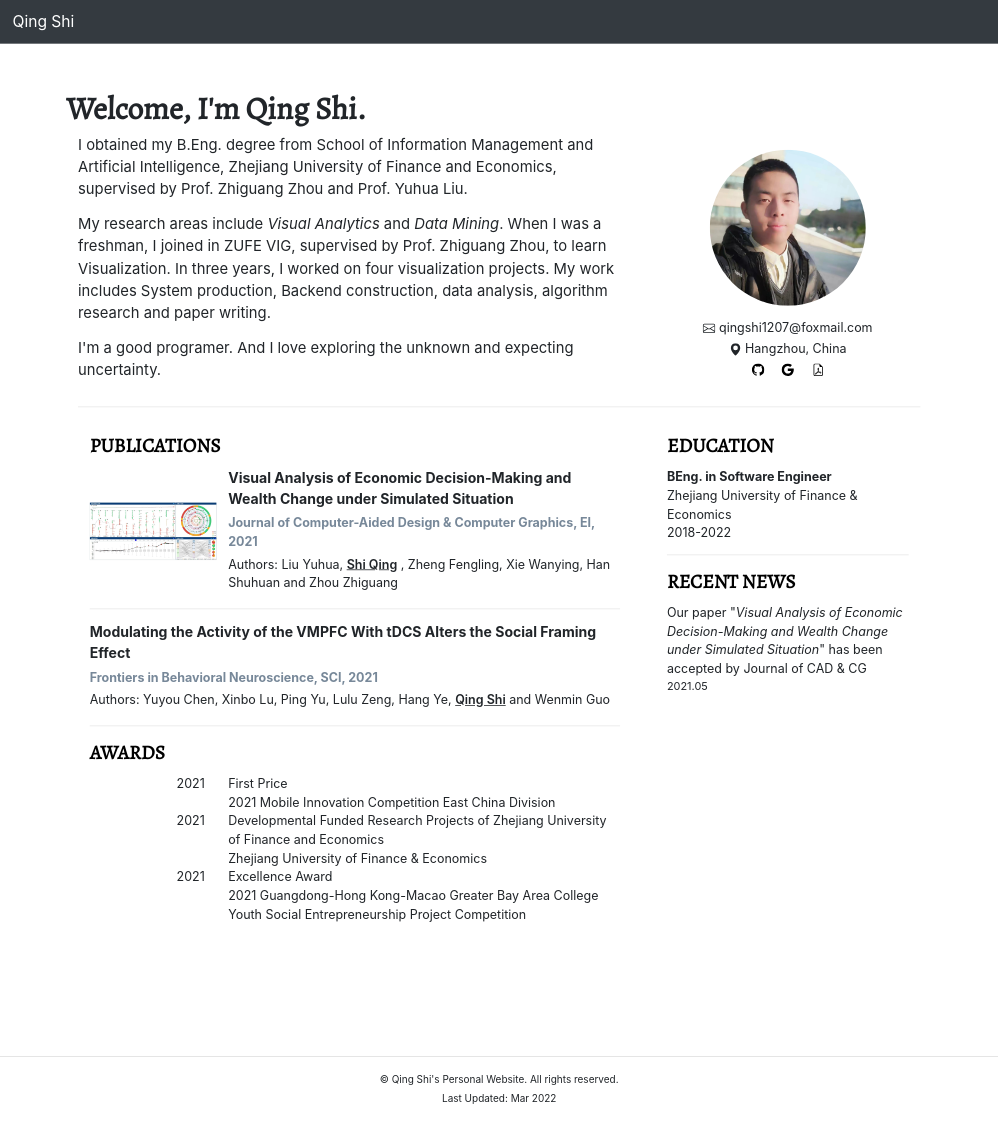
Repository: sqsssq/webpage
Page: index.html
These files come from the project's save history. The page is drawn as it stood at one moment and after the next save; the edit follows.
The browser window is 1280 px wide. The pictures show the whole page, at 78% of full size.
Some web libraries are served in a nearby version.

Above is the page before, as saved 2022-03-28 15:51:00.

### index.html
<!--
 * @Author: Qing Shi
 * @LastEditTime: 2022-03-28 15:51:00
 * @Knowledge:
 * @Description: my homepage
 * @Attention:
-->
<!doctype html>
<html lang="zh-CN">

<head>
    <!-- 必须的 meta 标签 -->
    <meta charset="utf-8">
    <meta name="viewport" content="width=device-width, initial-scale=1, shrink-to-fit=no">
    <title>Qing Shi</title>

    <!-- 新 Bootstrap4 核心 CSS 文件 -->
    <link rel="stylesheet" href="https://cdn.staticfile.org/twitter-bootstrap/4.3.1/css/bootstrap.min.css">

    <!-- jQuery文件。务必在bootstrap.min.js 之前引入 -->
    <script src="https://cdn.staticfile.org/jquery/3.2.1/jquery.min.js"></script>

    <!-- bootstrap.bundle.min.js 用于弹窗、提示、下拉菜单，包含了 popper.min.js -->
    <script src="https://cdn.staticfile.org/popper.js/1.15.0/umd/popper.min.js"></script>

    <!-- 最新的 Bootstrap4 核心 JavaScript 文件 -->
    <script src="https://cdn.staticfile.org/twitter-bootstrap/4.3.1/js/bootstrap.min.js"></script>

    <link rel="stylesheet" href="css/index.css">
    <link rel="shortcut icon" href="icon/bitbug_favicon.ico" />
</head>

<body>

    <nav class="navbar  navbar-dark bg-dark">
        <a class="navbar-brand" href="#">
            Qing Shi
        </a>

        <!-- <button type="button" class="btn btn-outline-primary">中/EN</button> -->
    </nav>

    <div class="container framework">
        <!-- Image and text -->
        <div class="webHeader row">
            <h1 id="ToptitleFont">Welcome, I'm Qing Shi.</h1>
            <!-- <br> -->
            <!-- <hr> -->
            <div class="webIntroduction col-lg-8">
                <p class="intro">I obtained my B.Eng. degree from School of Information Management and Artificial
                    Intelligence, Zhejiang University of Finance and Economics, supervised by Prof. Zhiguang Zhou and
                    Prof. Yuhua Liu.</p>
                <p class="intro">My research areas include <span style="font-style: italic">Visual Analytics</span> and
                    <span style="font-style: italic">Data Mining</span>. When I was a freshman, I joined in ZUFE VIG,
                    supervised by Prof. Zhiguang Zhou, to learn Visualization. In three years, I worked on four
                    visualization projects. My work includes System production, Backend construction, data analysis,
                    algorithm research and paper writing.</p>
                <p class="intro">I'm a good programer. And I love exploring the unknown and expecting uncertainty.</p>
            </div>

            <div class="webPhoto col-lg-4">
                <img src="figure/sq3.jpg">
                <div class="info">
                    <!-- <svg class="svg-inline--fa fa-envelope-square fa-w-14 fa-fw fa-lg mr-2" aria-hidden="true" focusable="false" data-prefix="fas" data-icon="envelope-square" role="img" xmlns="http://www.w3.org/2000/svg" viewBox="0 0 448 512" data-fa-i2svg=""><path fill="currentColor" d="M400 32H48C21.49 32 0 53.49 0 80v352c0 26.51 21.49 48 48 48h352c26.51 0 48-21.49 48-48V80c0-26.51-21.49-48-48-48zM178.117 262.104C87.429 196.287 88.353 196.121 64 177.167V152c0-13.255 10.745-24 24-24h272c13.255 0 24 10.745 24 24v25.167c-24.371 18.969-23.434 19.124-114.117 84.938-10.5 7.655-31.392 26.12-45.883 25.894-14.503.218-35.367-18.227-45.883-25.895zM384 217.775V360c0 13.255-10.745 24-24 24H88c-13.255 0-24-10.745-24-24V217.775c13.958 10.794 33.329 25.236 95.303 70.214 14.162 10.341 37.975 32.145 64.694 32.01 26.887.134 51.037-22.041 64.72-32.025 61.958-44.965 81.325-59.406 95.283-70.199z"></path></svg> -->
                    <svg xmlns="http://www.w3.org/2000/svg" width="16" height="16" fill="currentColor"
                        class="bi bi-envelope" viewBox="0 0 16 16">
                        <path
                            d="M0 4a2 2 0 0 1 2-2h12a2 2 0 0 1 2 2v8a2 2 0 0 1-2 2H2a2 2 0 0 1-2-2V4Zm2-1a1 1 0 0 0-1 1v.217l7 4.2 7-4.2V4a1 1 0 0 0-1-1H2Zm13 2.383-4.708 2.825L15 11.105V5.383Zm-.034 6.876-5.64-3.471L8 9.583l-1.326-.795-5.64 3.47A1 1 0 0 0 2 13h12a1 1 0 0 0 .966-.741ZM1 11.105l4.708-2.897L1 5.383v5.722Z" />
                    </svg>
                    qingshi1207@foxmail.com
                    <br>
                    <svg xmlns="http://www.w3.org/2000/svg" width="16" height="16" fill="currentColor"
                        class="bi bi-geo-alt-fill" viewBox="0 0 16 16">
                        <path
                            d="M8 16s6-5.686 6-10A6 6 0 0 0 2 6c0 4.314 6 10 6 10zm0-7a3 3 0 1 1 0-6 3 3 0 0 1 0 6z" />
                    </svg>
                    Hangzhou, China
                    <br>
                    <a href="https://github.com/sqsssq">
                        <svg xmlns="http://www.w3.org/2000/svg" width="16" height="16" fill="black" class="bi bi-github"
                            viewBox="0 0 16 16">
                            <path
                                d="M8 0C3.58 0 0 3.58 0 8c0 3.54 2.29 6.53 5.47 7.59.4.07.55-.17.55-.38 0-.19-.01-.82-.01-1.49-2.01.37-2.53-.49-2.69-.94-.09-.23-.48-.94-.82-1.13-.28-.15-.68-.52-.01-.53.63-.01 1.08.58 1.23.82.72 1.21 1.87.87 2.33.66.07-.52.28-.87.51-1.07-1.78-.2-3.64-.89-3.64-3.95 0-.87.31-1.59.82-2.15-.08-.2-.36-1.02.08-2.12 0 0 .67-.21 2.2.82.64-.18 1.32-.27 2-.27.68 0 1.36.09 2 .27 1.53-1.04 2.2-.82 2.2-.82.44 1.1.16 1.92.08 2.12.51.56.82 1.27.82 2.15 0 3.07-1.87 3.75-3.65 3.95.29.25.54.73.54 1.48 0 1.07-.01 1.93-.01 2.2 0 .21.15.46.55.38A8.012 8.012 0 0 0 16 8c0-4.42-3.58-8-8-8z" />
                        </svg>
                    </a>
                    &nbsp;&nbsp;&nbsp;
                    <a href="">
                        <svg xmlns="http://www.w3.org/2000/svg" width="16" height="16" fill="black" class="bi bi-google"
                            viewBox="0 0 16 16">
                            <path
                                d="M15.545 6.558a9.42 9.42 0 0 1 .139 1.626c0 2.434-.87 4.492-2.384 5.885h.002C11.978 15.292 10.158 16 8 16A8 8 0 1 1 8 0a7.689 7.689 0 0 1 5.352 2.082l-2.284 2.284A4.347 4.347 0 0 0 8 3.166c-2.087 0-3.86 1.408-4.492 3.304a4.792 4.792 0 0 0 0 3.063h.003c.635 1.893 2.405 3.301 4.492 3.301 1.078 0 2.004-.276 2.722-.764h-.003a3.702 3.702 0 0 0 1.599-2.431H8v-3.08h7.545z" />
                        </svg>
                    </a>
                    &nbsp;&nbsp;&nbsp;
                    <a href="file/resume.pdf">
                        <svg xmlns="http://www.w3.org/2000/svg" width="16" height="16" fill="black"
                            class="bi bi-file-earmark-pdf" viewBox="0 0 16 16">
                            <path
                                d="M14 14V4.5L9.5 0H4a2 2 0 0 0-2 2v12a2 2 0 0 0 2 2h8a2 2 0 0 0 2-2zM9.5 3A1.5 1.5 0 0 0 11 4.5h2V14a1 1 0 0 1-1 1H4a1 1 0 0 1-1-1V2a1 1 0 0 1 1-1h5.5v2z" />
                            <path
                                d="M4.603 14.087a.81.81 0 0 1-.438-.42c-.195-.388-.13-.776.08-1.102.198-.307.526-.568.897-.787a7.68 7.68 0 0 1 1.482-.645 19.697 19.697 0 0 0 1.062-2.227 7.269 7.269 0 0 1-.43-1.295c-.086-.4-.119-.796-.046-1.136.075-.354.274-.672.65-.823.192-.077.4-.12.602-.077a.7.7 0 0 1 .477.365c.088.164.12.356.127.538.007.188-.012.396-.047.614-.084.51-.27 1.134-.52 1.794a10.954 10.954 0 0 0 .98 1.686 5.753 5.753 0 0 1 1.334.05c.364.066.734.195.96.465.12.144.193.32.2.518.007.192-.047.382-.138.563a1.04 1.04 0 0 1-.354.416.856.856 0 0 1-.51.138c-.331-.014-.654-.196-.933-.417a5.712 5.712 0 0 1-.911-.95 11.651 11.651 0 0 0-1.997.406 11.307 11.307 0 0 1-1.02 1.51c-.292.35-.609.656-.927.787a.793.793 0 0 1-.58.029zm1.379-1.901c-.166.076-.32.156-.459.238-.328.194-.541.383-.647.547-.094.145-.096.25-.04.361.01.022.02.036.026.044a.266.266 0 0 0 .035-.012c.137-.056.355-.235.635-.572a8.18 8.18 0 0 0 .45-.606zm1.64-1.33a12.71 12.71 0 0 1 1.01-.193 11.744 11.744 0 0 1-.51-.858 20.801 20.801 0 0 1-.5 1.05zm2.446.45c.15.163.296.3.435.41.24.19.407.253.498.256a.107.107 0 0 0 .07-.015.307.307 0 0 0 .094-.125.436.436 0 0 0 .059-.2.095.095 0 0 0-.026-.063c-.052-.062-.2-.152-.518-.209a3.876 3.876 0 0 0-.612-.053zM8.078 7.8a6.7 6.7 0 0 0 .2-.828c.031-.188.043-.343.038-.465a.613.613 0 0 0-.032-.198.517.517 0 0 0-.145.04c-.087.035-.158.106-.196.283-.04.192-.03.469.046.822.024.111.054.227.09.346z" />
                        </svg>
                    </a>
                </div>
            </div>
        </div>
        <hr>
        <div class="webMain row">
            <div class="col-lg-8" style="padding-left: 30px; padding-right: 30px;">
                <div id="webPublication">
                    <h3 id="titleFont">
                        PUBLICATIONS
                    </h3>
                    <div class="totalPublic">
                        <div class="public row">
                            <div class="col-lg-3 sys">
                                <img src="figure/fig1.jpg" alt="">
                            </div>
                            <div class="col-lg-9">
                                <p class="ptitle">
                                    Visual Analysis of Economic Decision-Making and Wealth Change under Simulated
                                    Situation
                                </p>

                                <p class="pub">
                                    <span class="full">Journal of Computer-Aided Design & Computer Graphics, EI,
                                        2021</span>
                                </p>
                                <p class="pauthor">
                                    <span class="author">Authors:&nbsp;Liu Yuhua,</span>
                                    <span class="me">Shi Qing</span>
                                    <span class="author">, Zheng Fengling, Xie Wanying, Han Shuhuan and Zhou
                                        Zhiguang</span>
                                </p>
                            </div>
                        </div>
                        <hr>
                        <div class="public row">
                            <div class="col"></div>
                            <div class="col-12">
                                <p class="ptitle">
                                    Modulating the Activity of the VMPFC With tDCS Alters the Social Framing
                                    Effect
                                </p>

                                <p class="pub">
                                    <span class="full">Frontiers in Behavioral Neuroscience, SCI, 2021</span>
                                </p>
                                <p class="pauthor">
                                    <span class="author">Authors:&nbsp;Yuyou Chen, Xinbo Lu, Ping Yu, Lulu Zeng,
                                        Hang Ye,</span>
                                    <span class="me">Qing Shi</span>
                                    <span class="author"> and Wenmin Guo</span>
                                </p>
                            </div>
                        </div>
                    </div>
                </div>
                <hr>
                <div id="webAward">
                    <h3 id="titleFont">
                        AWARDS
                    </h3>
                    <div class="totalAward">
                        <div class="awardInfo row">
                            <div class="awardTime col-lg-3">
                                2021
                            </div>
                            <div class="awardInfo col-lg-9">
                                First Price
                                <br>
                                2021 Mobile Innovation Competition East China Division
                            </div>
                        </div>
                        <div class="awardInfo row">
                            <div class="awardTime col-lg-3">
                                2021
                            </div>
                            <div class="awardInfo col-lg-9">
                                Developmental Funded Research Projects of Zhejiang University of Finance and Economics
                                <br>
                                Zhejiang University of Finance & Economics
                            </div>
                        </div>
                        <div class="awardInfo row">
                            <div class="awardTime col-lg-3">
                                2021
                            </div>
                            <div class="awardInfo col-lg-9">
                                Excellence Award
                                <br>
                                2021 Guangdong-Hong Kong-Macao Greater Bay Area College Youth Social Entrepreneurship Project Competition
                            </div>
                        </div>
                    </div>
                </div>
            </div>
            <div class="col-lg-4" style="padding-right: 30px;padding-left: 30px;">
                <div id="webEducation">
                    <h3 id="titleFont">
                        <!-- ::before -->
                        EDUCATION
                    </h3>
                    <a style="font-weight: bold;">BEng. in Software Engineer</a>
                    <br>
                    Zhejiang University of Finance & Economics
                    <br>
                    2018-2022
                </div>
                <hr>
                <div id="webNews">
                    <h3 id="titleFont">RECENT NEWS</h3>
                    <div class="totalNews">
                        <div class="newsInfo">
                            Our paper "<span style="font-style: italic">Visual Analysis of Economic Decision-Making and
                                Wealth Change under Simulated Situation</span>" has been accepted by Journal of CAD & CG
                        </div>
                        <div class="newsTime">
                            2021.05
                        </div>
                    </div>
                </div>
            </div>
        </div>
    </div>
    <footer class="footer text-center py-4">
        <hr>
        <small class="copyright">© Qing Shi's Personal Website. All rights reserved.</small>
        <br>
        <small class="copyright">Last Updated: Mar 2022</small>
    </footer>
</body>

</html>

### css/index.css
* {
    margin: 0;
    padding: 0;
}

@font-face{
    font-family: 'Alegreya';
    src : url('../Alegreya/Alegreya-Regular-11.ttf');
}

body {
    /* font-family:Georia,serif; */
    background: #ffffff;
    /* font-weight:bold; */
    /* font-size:15px; */
    /* color:#333;
    overflow: hidden; */
    -webkit-font-smoothing: antialiased;
}

.framework {
    /* height: 1000px; */
    margin-top: 30px;
    margin-bottom: 100px;
    padding: 30px 30px 30px 30px;
    width: 90%;
    /* border-color: black; */
    /* border-width: 3px; */
    /* border-style: solid; */
    /* box-shadow: darkgrey 0px 0px 30px 5px ; */
}

.webIntroduction .intro {
    font-size: 19px;
}

/* *, *::before, *::after {
    box-sizing: border-box;
} */

#ToptitleFont {
    /* Garamond */
    font-family: Alegreya;
    font-weight: bold;
}

#titleFont {
    /* Garamond */
    font-family: Alegreya;
    font-weight: bold;
    font-size: 25px;
    color: rgb(0, 0, 0);
    margin-top: 15px;
    line-height: 1.5;
}

.public {
}

.public p{
    margin-bottom: 5px;
    line-height: 1.5;

}

.public .ptitle {
    font-weight: 700;
    font-size: 18px;
}

.public .pauthor {
    font-size: 16px;
    font-weight: 400;
}

.public .me {
    font-weight: 600;
    text-decoration: underline;
}
.public .pub {
    display: flex;
    align-items: center;
    flex-wrap: wrap;
}

.public .full {
    font-size: 16px;
    font-weight: 700;
    color: lightslategray;
}

/* #titleFont:before {
    content: "";
    display: inline-block;
    width: 5px;
    height: 100%;
    background: #54b689;
    position: absolute;
    left: 0;
    top: 0;
} */

.webPhoto {
    /* align-items: center; */
    /* background-color: aqua; */
    display: flex;
    flex-direction: column;
    justify-content: center;
    align-items: center;
}

.webPhoto img {
    border-radius: 50%;
    height: 200px;
    width: 200px;
}

.sys {
    padding-right: 0px;
    /* display: table-cell; */
    align-items: center;
    vertical-align: middle;
    display: flex;

        vertical-align: middle;

        text-align: center;
}

.sys img {
    width: 100%;
    /* position: absolute; */
    /* top: 50%; */
    /* transform: translate(0%, 50%); */
    /* margin: auto; */
}

img {
    /* display: table-cell; */
    vertical-align: middle;
    align-items: center;
    justify-content: center;
    border-style: none;
}

.webPhoto .info {
    margin-top: 15px;
    text-align: center;
    line-height: 1.64;
}

.totalNews .newsTime {
    font-size: 14px;
}

.totalAward {
    font-size: 16px;
}

.awardTime {
    text-align: right;
}

/*chrome--------------------------------------------start*/
::-webkit-scrollbar {
    width: 8px;
    height: 8px;
}

/* Track */
::-webkit-scrollbar-track {
    background: #ffffff;
    border-radius: 8px;
}

/* Handle */
::-webkit-scrollbar-thumb {
    background: rgb(201, 201, 202);
    border-radius: 8px;
}

/* Handle on hover */
::-webkit-scrollbar-thumb:hover {
    background: rgb(162, 162, 163);
}

.el-menu::-webkit-scrollbar,
.el-table__body-wrapper::-webkit-scrollbar {
    display: none;
}

.el-menu:hover::-webkit-scrollbar,
.el-table__body-wrapper:hover::-webkit-scrollbar {
    display: block;
}

/*chrome--------------------------------------------end*/

After the next save:
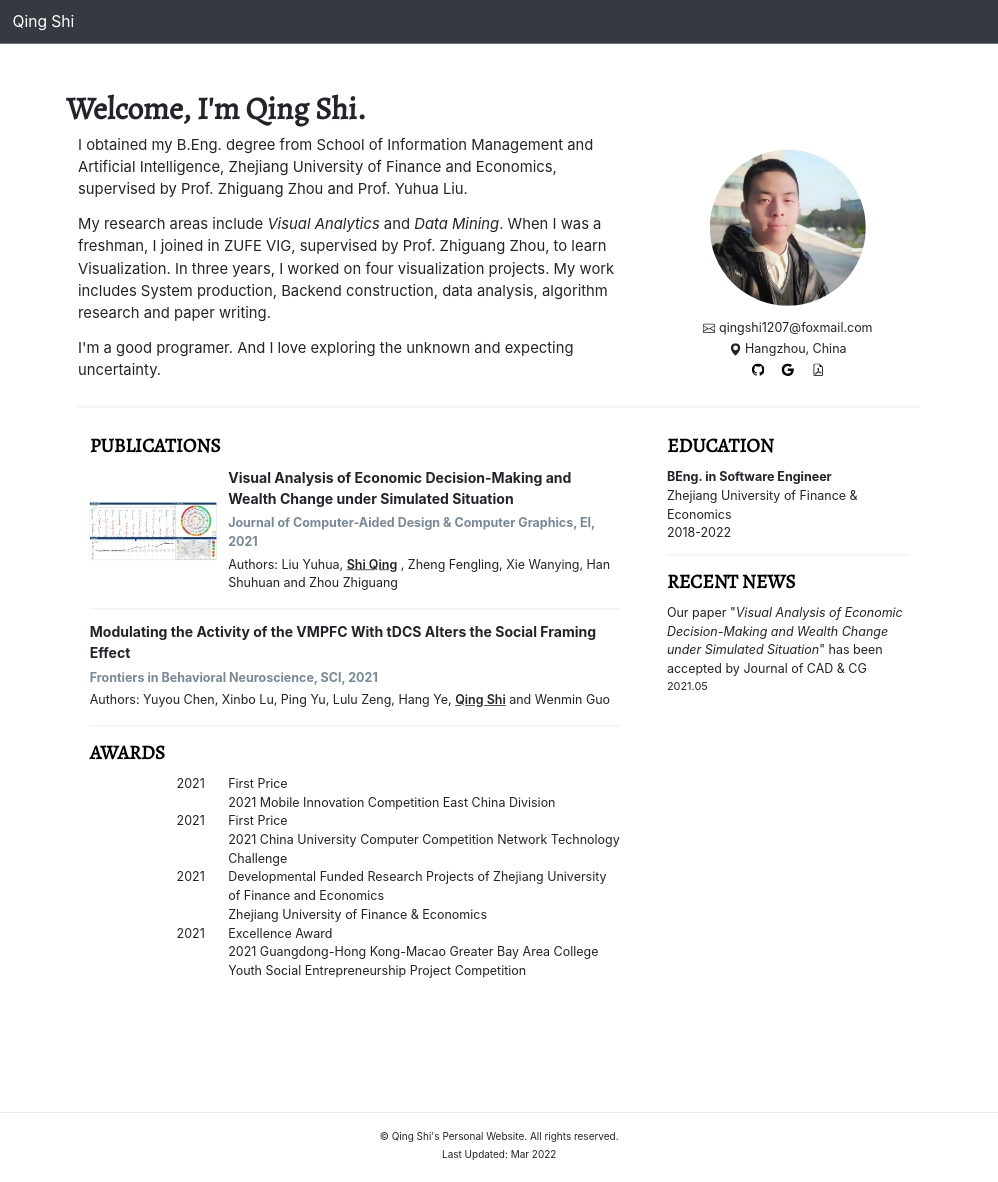
Saved 79 s later.
--- a/index.html
+++ b/index.html
@@ -1,6 +1,6 @@
 <!--
  * @Author: Qing Shi
- * @LastEditTime: 2022-03-28 15:51:00
+ * @LastEditTime: 2022-03-28 15:52:19
  * @Knowledge:
  * @Description: my homepage
  * @Attention:
@@ -177,6 +177,16 @@
                                 2021
                             </div>
                             <div class="awardInfo col-lg-9">
+                                First Price
+                                <br>
+                                2021 China University Computer Competition Network Technology Challenge
+                            </div>
+                        </div>
+                        <div class="awardInfo row">
+                            <div class="awardTime col-lg-3">
+                                2021
+                            </div>
+                            <div class="awardInfo col-lg-9">
                                 Developmental Funded Research Projects of Zhejiang University of Finance and Economics
                                 <br>
                                 Zhejiang University of Finance & Economics
